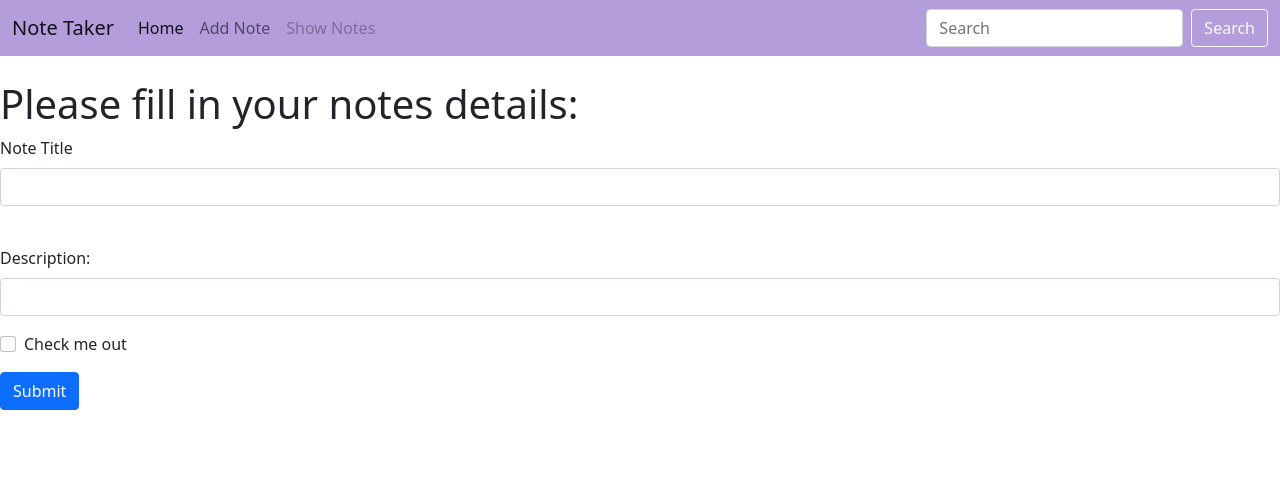
Repository: Tanmoy4672/Hibernate
Page: http://localhost/NoteTaker/add_notes.jsp
These files come from the project's save history. The page is drawn as it stood at one moment and after the next save; the edit follows.
The browser window is 1280 px wide. The pictures show the whole page.
The page is served by Tomcat 9. Other server files are loaded and not shown.

Above is the page before, as saved 2021-12-16 06:16:27.

### NoteTaker/src/main/webapp/add_notes.jsp
<%@ page language="java" contentType="text/html; charset=ISO-8859-1"
	pageEncoding="ISO-8859-1"%>
<!DOCTYPE html>
<html>
<head>
<meta charset="ISO-8859-1">
<title>Add notes</title>
<%@include file="All_js_css.jsp"%>

</head>
<body>
	<div class="container-fluid p-0 m-0">
		<%@include file="Navbar.jsp"%>
	</div>

<br>
<h1>Please fill in your notes details:</h1>
	<!-- This is add notes form -->
	<form action="SaveNoteServlet" method="POST">
		<div class="mb-3 p-6">
			<label for="exampleInputEmail1" class="form-label">Note Title</label>
			 <input type="text" class="form-control"
				id="exampleInputEmail1" aria-describedby="emailHelp">
			<br>
		</div>
		<div class="mb-3 p-6">
			<label for="exampleInputPassword1" class="form-label">Description:</label>
			<input type="text" class="form-control"
				id="exampleInputPassword1">
		</div>
		<div class="mb-3 form-check">
			<input type="checkbox" class="form-check-input" id="exampleCheck1">
			<label class="form-check-label" for="exampleCheck1">Check me
				out</label>
		</div>
		<button type="submit" class="btn btn-primary">Submit</button>
	</form>




</body>
</html>

### NoteTaker/src/main/webapp/All_js_css.jsp
<!-- Bootstrap CSS -->
    <link href="https://cdn.jsdelivr.net/npm/bootstrap@5.0.2/dist/css/bootstrap.min.css" rel="stylesheet" integrity="sha384-EVSTQN3/azprG1Anm3QDgpJLIm9Nao0Yz1ztcQTwFspd3yD65VohhpuuCOmLASjC" crossorigin="anonymous">
    <link href="CSS/style.css" rel="stylesheet"/>

 <!-- Optional JavaScript; choose one of the two! -->

    <!-- Option 1: Bootstrap Bundle with Popper -->
    <script src="https://cdn.jsdelivr.net/npm/bootstrap@5.0.2/dist/js/bootstrap.bundle.min.js" integrity="sha384-MrcW6ZMFYlzcLA8Nl+NtUVF0sA7MsXsP1UyJoMp4YLEuNSfAP+JcXn/tWtIaxVXM" crossorigin="anonymous"></script>

    <!-- Option 2: Separate Popper and Bootstrap JS -->

    <script src="https://cdn.jsdelivr.net/npm/@popperjs/core@2.9.2/dist/umd/popper.min.js" integrity="sha384-IQsoLXl5PILFhosVNubq5LC7Qb9DXgDA9i+tQ8Zj3iwWAwPtgFTxbJ8NT4GN1R8p" crossorigin="anonymous"></script>
    <script src="https://cdn.jsdelivr.net/npm/bootstrap@5.0.2/dist/js/bootstrap.min.js" integrity="sha384-cVKIPhGWiC2Al4u+LWgxfKTRIcfu0JTxR+EQDz/bgldoEyl4H0zUF0QKbrJ0EcQF" crossorigin="anonymous"></script>

### NoteTaker/src/main/webapp/Navbar.jsp
<nav class="navbar navbar-expand-lg navbar-light purple">
	<div class="container-fluid">
		<a class="navbar-brand" href="index.jsp">Note Taker</a>
		<button class="navbar-toggler" type="button" data-bs-toggle="collapse"
			data-bs-target="#navbarSupportedContent"
			aria-controls="navbarSupportedContent" aria-expanded="false"
			aria-label="Toggle navigation">
			<span class="navbar-toggler-icon"></span>
		</button>
		<div class="collapse navbar-collapse" id="navbarSupportedContent">
			<ul class="navbar-nav me-auto mb-2 mb-lg-0">
				<li class="nav-item"><a class="nav-link active"
					aria-current="page" href="index.jsp">Home</a></li>
				<li class="nav-item"><a class="nav-link" href="add_notes.jsp">Add Note</a></li>

				<li class="nav-item"><a class="nav-link disabled" href="#"
					tabindex="-1" aria-disabled="true">Show Notes</a></li>
			</ul>
			<form class="d-flex">
				<input class="form-control me-2" type="search" placeholder="Search"
					aria-label="Search">
				<button class="btn btn-outline-light" type="submit">Search</button>
			</form>
		</div>
	</div>
</nav>

### NoteTaker/src/main/webapp/CSS/style.css
.purple{
	background: #b39ddb;
}

After the next save:
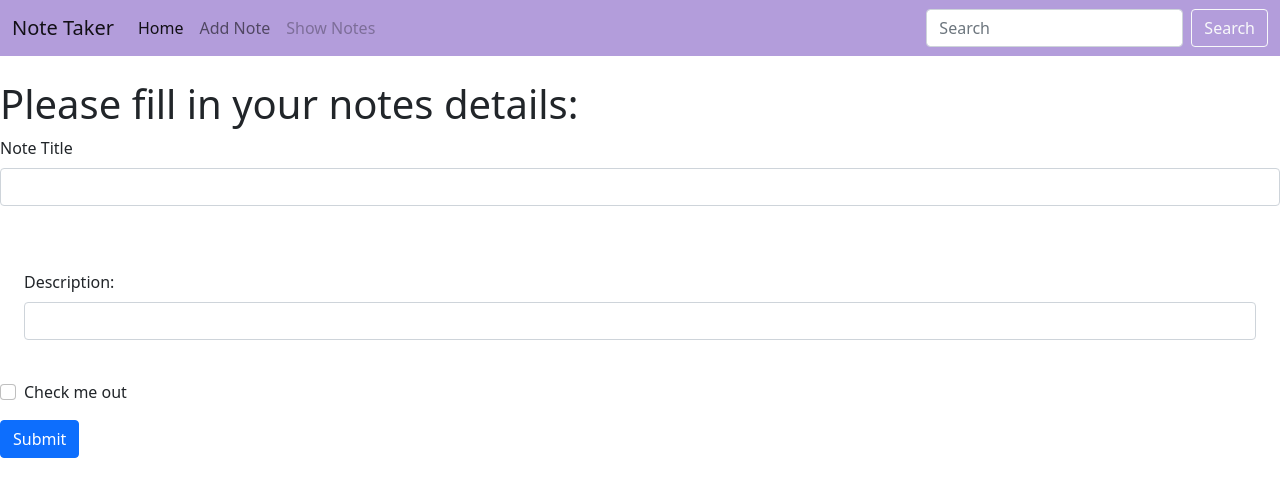
Saved 13 s later.
--- a/NoteTaker/src/main/webapp/add_notes.jsp
+++ b/NoteTaker/src/main/webapp/add_notes.jsp
@@ -23,7 +23,7 @@
 				id="exampleInputEmail1" aria-describedby="emailHelp">
 			<br>
 		</div>
-		<div class="mb-3 p-6">
+		<div class="mb-3 p-4">
 			<label for="exampleInputPassword1" class="form-label">Description:</label>
 			<input type="text" class="form-control"
 				id="exampleInputPassword1">
